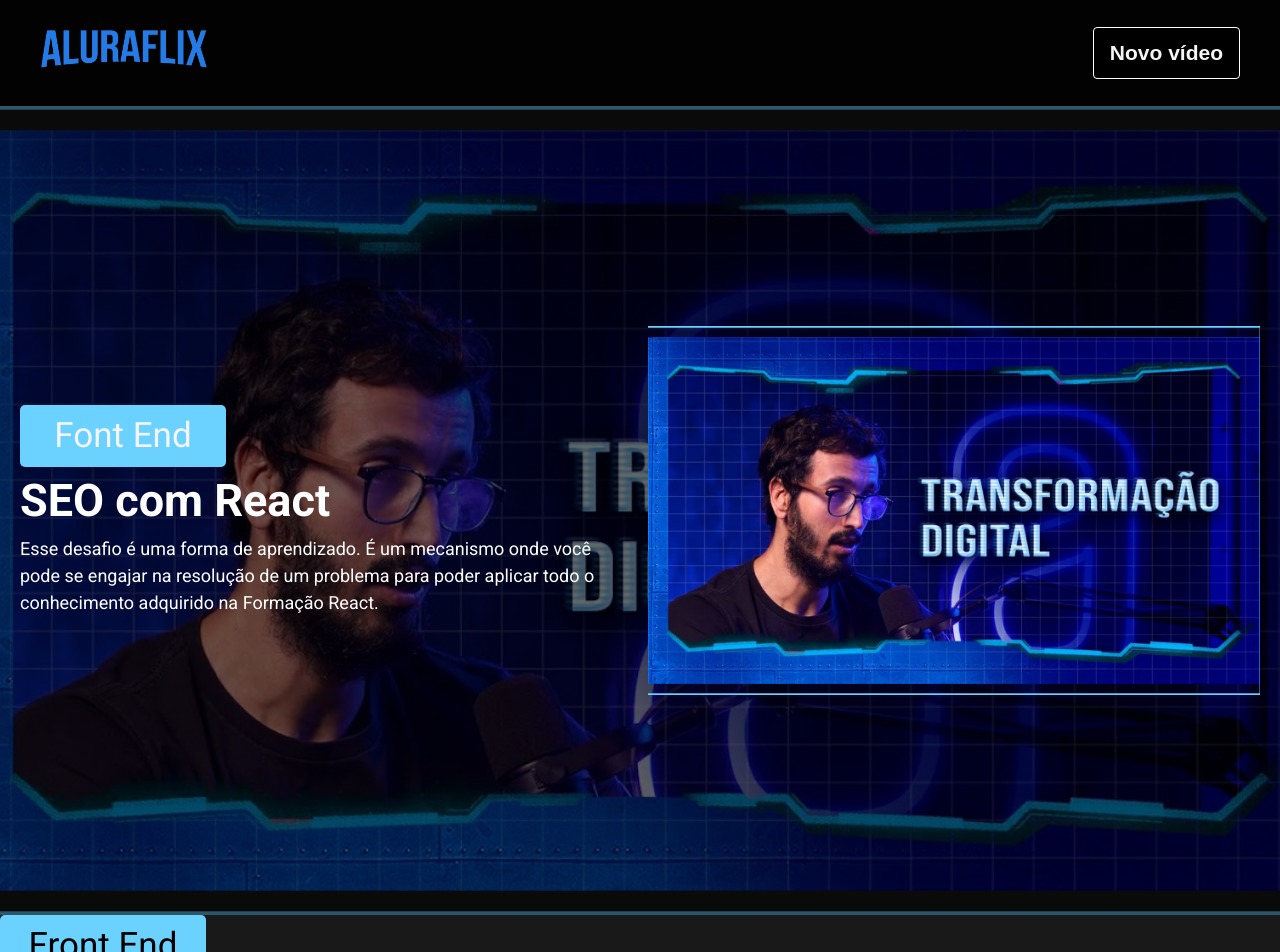
Repository: CarlosEduardoVdeOliveira/aluraflix
Page: /
The author's editor kept a copy of each file at every save. The page is drawn from the files as they stood at one save, then again after the next save.
The browser window is 1280 px wide. The pictures show the part of the page from y = 0 to 952 px (the page is 3141 px tall before and 3036 px after).
The project was rebuilt for these pictures with package versions that can differ from the ones it lists, and the page was loaded fresh each time. Also part of the build but not shown: vite.config.js, src/components/Input/Input.module.css, src/components/Input/index.jsx, src/components/TextArea/TextArea.module.css, src/components/TextArea/index.jsx, src/pages/RegisterVideo/Register.module.css, src/pages/RegisterVideo/index.jsx, src/components/Table/Table.module.css and 3 more.

Above is the page before, as saved 2023-09-26 10:13:35.

### index.html
<!doctype html>
<html lang="en">
  <head>
    <meta charset="UTF-8" />
    <link rel="preconnect" href="https://fonts.googleapis.com">
    <link rel="preconnect" href="https://fonts.gstatic.com" crossorigin>
    <!-- <link rel="icon" type="image/svg+xml" href="/vite.svg" /> -->
    <meta name="viewport" content="width=device-width, initial-scale=1.0" />
    <link href="https://fonts.googleapis.com/css2?family=Roboto:wght@300;400;500;700&display=swap" rel="stylesheet">
    <title>AluraFlix</title>
  </head>
  <body>
    <div id="root"></div>
    <script type="module" src="/src/main.jsx"></script>
  </body>
</html>

### src/main.jsx
import React from 'react'
import ReactDOM from 'react-dom/client'
import {AppRoutes} from './routes'
import './index.css'
import { ThemeProvider } from '@emotion/react'
import { theme } from './customColors'

ReactDOM.createRoot(document.getElementById('root')).render(
  <React.StrictMode>
    <ThemeProvider theme={theme}>
      <AppRoutes />
    </ThemeProvider>
  </React.StrictMode>,
)

### src/routes.jsx
import { BrowserRouter, Route, Routes } from 'react-router-dom'
import {PageBase} from './pages/pageBase'
import {Home} from './pages/Home'
import { ThemeProvider } from '@mui/material'
import { theme } from './customColors'
import {RegisterVideo} from './pages/RegisterVideo'
import {RegisterCategory} from './pages/RegisterCategory'


export const AppRoutes = () => {
  return (
    <BrowserRouter>
      <ThemeProvider theme={theme}>
        <Routes>
          <Route path='/' element={<PageBase />}>
            <Route index element={<Home />}></Route>
            <Route path='register-video' element={<RegisterVideo />}></Route>
            <Route path='register-category' element={<RegisterCategory />}></Route>
          </Route>
        </Routes>
      </ThemeProvider>
    </BrowserRouter>
  )
}

### src/index.css
:root {
  --gray-100: #F5F5F5;
  --gray-150: #E5E5E5;
  --gray-175: #C2C2C2;
  --gray-300: #9E9E9E;
  --gray-500: #191919;
  --black: #000;
  --blue-500: #2A7AE4;
  --red-500: #E53935;
  font-family: 'Roboto', sans-serif;
  line-height: 1.5;
  font-weight: 400;
  font-size: 1rem;
  font-synthesis: none;
  text-rendering: optimizeLegibility;
  -webkit-font-smoothing: antialiased;
  -moz-osx-font-smoothing: grayscale;
  -webkit-text-size-adjust: 100%;
}
*{
  box-sizing: border-box;
  margin: 0;
  padding: 0;
  scroll-behavior: smooth;
}
body{
  background-color: var(--gray-500);
}
a {
  text-decoration: none;
  transiton: .5s all ease-out;
}

button{
  cusor: pointer;
  transiton: .5s all ease-out;
}

@media screen and (max-width: 1080px){
  body{
    font-size: 87.5%;
  }
}
@media screen and (max-width: 700px){
  body{
    font-size: 75%;
  }
}

### src/customColors.js
import { createTheme } from '@mui/material/styles';

export const theme = createTheme({
  palette: {
    withe: "#FFFFFF",
    gray100: "#F5F5F5",
    gray150: "#E5E5E5",
    gray175: "#C2C2C2",
    gray300: "#9E9E9E",
    gray500: "#191919",
    black: "#000000",
    blue500: "#2A7AE4",
    red500: "#E53935",
  },
});

### src/pages/pageBase/index.jsx
import { Banner } from '../../components/Banner';
import {Footer} from '../../components/Footer';
import {Header} from '../../components/Header'
import { Outlet } from "react-router-dom";
import { useLocation } from 'react-router-dom';


export const PageBase = () => {
  const location = useLocation()
  return (
    <main>
      <Header button={location.pathname === '/'} />
      <Banner banner={location.pathname === '/'} />
      <Outlet />
      <Footer />
    </main>
  )
}

### src/pages/Home/index.jsx
import {Category} from "../../components/Category";

// eslint-disable-next-line react/prop-types
export const Home = () => {

  return (
    <>
      {
        <Category />
      }
    </>
  )
}

### src/components/Banner/index.jsx
/* eslint-disable react/prop-types */
import styles from './Banner.module.css'
import bannerImage from '../../../public/banner.png'
import {TitleCategory} from '../TitleCategory';

export const Banner = ({banner}) => {
  return(
    <>
      {
        banner && (
        <div className={styles.container}>
          <div className={styles.content}>
            <TitleCategory
              bgColor="#6BD1FF"
              color="#f5f5f5"
            >
              Font End
            </TitleCategory>
            <h5 >
              SEO com React
            </h5>
            <p>
              Esse desafio é uma forma de aprendizado.
              É um mecanismo onde você pode se engajar na resolução de um problema
              para poder aplicar todo o conhecimento adquirido na Formação React.
            </p>
          </div>
          <img src={bannerImage} alt='Imagem do SEO da alura, '/>
        </div>
        )
      }
    </>
  );
}

### src/components/Footer/index.jsx
import { Link } from 'react-router-dom'
import logo from '../../assets/logo.png'
import styles from './Footer.module.css'
export const Footer = () => {
  return (
    <footer className={styles.container}>
      <Link to='/'>
        <img src={logo} alt="Logo do aluraflix" />
      </Link>
    </footer>
  )
}

### src/components/Header/index.jsx
/* eslint-disable react/prop-types */
// eslint-disable-next-line no-unused-vars
import React from 'react';
import logo from '../../assets/logo.png'
import styles from './Header.module.css'
import { Link } from 'react-router-dom';
import {Button} from '../Button';


export const Header = ({button}) => {

  return (
    <header className={styles.container}>
      <Link to="/">
        <img src={logo} alt='Logo do aluraflix' />
      </Link>
      {button &&
          <Link to="/register-video">
            <Button
              bgColor="#000"
              borderColor="1px solid #FFF"
              color="#F5f5f5"
            >
                  Novo vídeo
            </Button>
          </Link>
      }
    </header>
  )
}

### src/components/Category/index.jsx
import { TitleCategory } from "../TitleCategory";
import styles from "./Category.module.css";
import { videos, categories } from "../../json/db.json";
import Carousel from 'react-material-ui-carousel'
import { Card } from "../Card";

export const Category = () => {
  function verifyCategory(category){
    const vcat = videos.some(vc => vc.category === category)
    return vcat
  }
    console.log(verifyCategory("Front End"));
  return (
    <>
      {
        categories.map((category) => (
          <section className={styles.container} key={category.id}>
            <TitleCategory bgColor={category.color}>{category.name}</TitleCategory>
            <Carousel >
              <div className={styles.videos}>
                {videos.map(
                  (video) =>
                    category.name === video.category && (
                      <Card
                        link={video.link}
                        key={video.id}
                        thumbnail={video.thumbnail}
                        borderColor={category.color}
                        description={video.description}
                      />
                    )
                )}
              </div>

            </Carousel>
          </section>
        ))
      }
    </>
  );
};

### src/components/Button/index.jsx
/* eslint-disable react/prop-types */
import styles from './Button.module.css'

export const Button = ({children, bgColor, borderColor, color}) => {
  return(
    <button className={styles.button}
      style={{
        background:bgColor,
        border:borderColor,
        color:color
      }}
    >
      {children}
    </button>
  )
}

### src/json/db.json
{
  "videos":[
  {
    "id": 1,
    "name": "Homem-Aranha - Sem Volta Para Casa",
    "link": "https://www.youtube.com/watch?v=k77WZrvuDQU&ab_channel=Alura",
    "thumbnail": "https://i.ytimg.com/vi/k77WZrvuDQU/sddefault.jpg",
    "category": "Front End",
    "description": "Descrição qualquer"
  },
  {
    "id": 2,
    "name": "Homem-Aranha - Sem Volta Para Casa",
    "link": "https://www.youtube.com/watch?v=k77WZrvuDQU&ab_channel=Alura",
    "thumbnail": "https://i.ytimg.com/vi/CyiiEJRZjSU/maxresdefault.jpg",
    "category": "Front End",
    "description": "Descrição qualquer"
  },
  {
    "id": 3,
    "name": "Homem-Aranha - Sem Volta Para Casa",
    "link": "https://www.youtube.com/watch?v=hHM-hr9q4mo&ab_channel=Rocketseat",
    "thumbnail": "https://i.ytimg.com/vi/hHM-hr9q4mo/maxresdefault.jpg",
    "category": "Front End",
    "description": "Descrição qualquer"
  },
  {
    "id": 4,
    "name": "Homem-Aranha - Sem Volta Para Casa",
    "link": "https://www.youtube.com/watch?v=hHM-hr9q4mo&ab_channel=Rocketseat",
    "thumbnail": "https://i.ytimg.com/vi/hHM-hr9q4mo/maxresdefault.jpg",
    "category": "Back End",
    "description": "Descrição qualquer"
  },
  {
    "id": 5,
    "name": "Homem-Aranha - Sem Volta Para Casa",
    "link": "https://www.youtube.com/watch?v=hHM-hr9q4mo&ab_channel=Rocketseat",
    "thumbnail": "https://i.ytimg.com/vi/hHM-hr9q4mo/maxresdefault.jpg",
    "category": "Back End",
    "description": "Descrição qualquer"
  },
  {
    "id": 6,
    "name": "Homem-Aranha - Sem Volta Para Casa",
    "link": "https://www.youtube.com/watch?v=hHM-hr9q4mo&ab_channel=Rocketseat",
    "thumbnail": "https://i.ytimg.com/vi/hHM-hr9q4mo/maxresdefault.jpg",
    "category": "Back End",
    "description": "Descrição qualquer"
  },
  {
    "id": 7,
    "name": "Homem-Aranha - Sem Volta Para Casa",
    "link": "https://www.youtube.com/watch?v=MGIs7DSQ-0A&ab_channel=Alura",
    "thumbnail": "https://i.ytimg.com/vi/MGIs7DSQ-0A/maxresdefault.jpg",
    "category": "Mobile",
    "description": "Descrição qualquer"
  },
  {
    "id": 8,
    "name": "Homem-Aranha - Sem Volta Para Casa",
    "link": "https://www.youtube.com/watch?v=MGIs7DSQ-0A&ab_channel=Alura",
    "thumbnail": "https://i.ytimg.com/vi/MGIs7DSQ-0A/maxresdefault.jpg",
    "category": "Mobile",
    "description": "Descrição qualquer"
  },
  {
    "id": 9,
    "name": "Homem-Aranha - Sem Volta Para Casa",
    "link": "https://www.youtube.com/watch?v=MGIs7DSQ-0A&ab_channel=Alura",
    "thumbnail": "https://i.ytimg.com/vi/MGIs7DSQ-0A/maxresdefault.jpg",
    "category": "Mobile",
    "description": "Descrição qualquer"
  },
  {
    "id": 10,
    "name": "Homem-Aranha - Sem Volta Para Casa",
    "link": "https://www.youtube.com/watch?v=CyiiEJRZjSU",
    "thumbnail": "https://i.ytimg.com/vi/CyiiEJRZjSU/maxresdefault.jpg",
    "category": "Data Science",
    "description": "Descrição qualquer"
  },
  {
    "id": 11,
    "name": "Homem-Aranha - Sem Volta Para Casa",
    "link": "https://www.youtube.com/watch?v=CyiiEJRZjSU",
    "thumbnail": "https://i.ytimg.com/vi/CyiiEJRZjSU/maxresdefault.jpg",
    "category": "Data Science",
    "description": "Descrição qualquer"
  },
  {
    "id": 12,
    "name": "Homem-Aranha - Sem Volta Para Casa",
    "link": "https://www.youtube.com/watch?v=CyiiEJRZjSU",
    "thumbnail": "https://i.ytimg.com/vi/CyiiEJRZjSU/maxresdefault.jpg",
    "category": "Data Science",
    "description": "Descrição qualquer"
  },
  {
    "id": 13,
    "name": "Homem-Aranha - Sem Volta Para Casa",
    "link": "https://www.youtube.com/watch?v=CyiiEJRZjSU",
    "thumbnail": "https://i.ytimg.com/vi/CyiiEJRZjSU/maxresdefault.jpg",
    "category": "UX",
    "description": "Descrição qualquer"
  },
  {
    "id": 14,
    "name": "Homem-Aranha - Sem Volta Para Casa",
    "link": "https://www.youtube.com/watch?v=CyiiEJRZjSU",
    "thumbnail": "https://i.ytimg.com/vi/CyiiEJRZjSU/maxresdefault.jpg",
    "category": "UX",
    "description": "Descrição qualquer"
  },
  {
    "id": 15,
    "name": "Homem-Aranha - Sem Volta Para Casa",
    "link": "https://www.youtube.com/watch?v=CyiiEJRZjSU",
    "thumbnail": "https://i.ytimg.com/vi/CyiiEJRZjSU/maxresdefault.jpg",
    "category": "UX",
    "description": "Descrição qualquer"
  },
  {
    "id": 16,
    "name": "Homem-Aranha - Sem Volta Para Casa",
    "link": "https://www.youtube.com/watch?v=CyiiEJRZjSU",
    "thumbnail": "https://i.ytimg.com/vi/CyiiEJRZjSU/maxresdefault.jpg",
    "category": "Infra",
    "description": "Descrição qualquer"
  },
  {
    "id": 17,
    "name": "Homem-Aranha - Sem Volta Para Casa",
    "link": "https://www.youtube.com/watch?v=CyiiEJRZjSU",
    "thumbnail": "https://i.ytimg.com/vi/CyiiEJRZjSU/maxresdefault.jpg",
    "category": "Infra",
    "description": "Descrição qualquer"
  },
  {
    "id": 18,
    "name": "Homem-Aranha - Sem Volta Para Casa",
    "link": "https://www.youtube.com/watch?v=CyiiEJRZjSU",
    "thumbnail": "https://i.ytimg.com/vi/CyiiEJRZjSU/maxresdefault.jpg",
    "category": "Infra",
    "description": "Descrição qualquer"
  },
  {
    "id": 19,
    "name": "Homem-Aranha - Sem Volta Para Casa",
    "link": "https://www.youtube.com/watch?v=CyiiEJRZjSU",
    "thumbnail": "https://i.ytimg.com/vi/CyiiEJRZjSU/maxresdefault.jpg",
    "category": "Inovation",
    "description": "Descrição qualquer"
  },
  {
    "id": 20,
    "name": "Homem-Aranha - Sem Volta Para Casa",
    "link": "https://www.youtube.com/watch?v=CyiiEJRZjSU",
    "thumbnail": "https://i.ytimg.com/vi/CyiiEJRZjSU/maxresdefault.jpg",
    "category": "Inovation",
    "description": "Descrição qualquer"
  },
  {
    "id": 21,
    "name": "Homem-Aranha - Sem Volta Para Casa",
    "link": "https://www.youtube.com/watch?v=CyiiEJRZjSU",
    "thumbnail": "https://i.ytimg.com/vi/CyiiEJRZjSU/maxresdefault.jpg",
    "category": "Inovation",
    "description": "Descrição qualquer"
  },
  {
    "id": 22,
    "name": "Homem-Aranha - Sem Volta Para Casa",
    "link": "https://www.youtube.com/watch?v=CyiiEJRZjSU",
    "thumbnail": "https://i.ytimg.com/vi/CyiiEJRZjSU/maxresdefault.jpg",
    "category": "AI",
    "description": "Descrição qualquer"
  }
],
"categories":[
  {

    "id":1,
    "name":"Front End",
    "description": "Todos os vídeo da área de Front End juntarei nessa categoria para organizar os estudos que venho fazendo atualmente (FieldTextarea)",
    "color":"#6BD1FF"
  },
  {
    "id":2,
    "name":"Back End",
    "description": "Todos os vídeo que estou usando para estudar Back End ",
    "color":"#69953B"
  },
  {
    "id":3,
    "name":"Design & UX",
    "description": "Ferramentas e técnicas que estudo sobre UX e Design",
    "color":"#DC6EBE"
  },
  {
    "id":4,
    "name":"Infraestrutura" ,
    "description": "Tudo que estou aprendendo sobre Docker e muito mais",
    "color":"#9CD33B"
  },
  {
    "id":5,
    "name":"Marketing Digital",
    "description": "A forma de vender a monetizar minhas ideias",
    "color":"#6B5BE2"
  },
  {
    "id":6,
    "name":"Data Science",
    "description": "Coisas de R e Python que venho aprendendo",
    "color":"#9CD33B"
  },
  {
    "id":7,
    "name":"Inovação & Gestão",
    "description": "Como manter o time feliz e muito mais",
    "color":"#FF8C2A"
  },
  {
    "id":8,
    "name":"Mobile",
    "description": "Conteúdo que venho estudando sobre React Native e Flutter",
    "color":"#FFBA05"
  },
  {
    "id":9,
    "name":"AI",
    "description": "Conteúdo que venho estudando sobre React Native e Flutter",
    "color":"#B210C7"
  }
]
}

### src/components/Banner/Banner.module.css
.container{
  background: linear-gradient(rgba(0, 0, 0, 0.59), rgba(0, 0, 0, 0.59)),
  url(../../../public/banner.png) center / cover no-repeat;
  width: 100%;
  height: 50.563rem;
  display: grid;
  grid-template-columns: 1fr 1fr;
  align-items: center;
  gap: 1rem;
  padding: 20px;
}
.container img{
  width: 100%;
  flex-shrink: 0;
}
.content{
  color: #FFF;
}
.content h5{
  font-size: 2.813rem;
}
.content p{
  font-size: 1.125rem;
}

### src/components/TitleCategory/index.jsx
import styles from "./TitleCategory.module.css"
// eslint-disable-next-line react/prop-types
export const TitleCategory = ({children, bgColor, color}) => {
  return(
    <div
      className={styles.container}
      style={{
        backgroundColor: bgColor,
        color: color
      }}
    >
      {children}
    </div>
  )
}

### src/components/Footer/Footer.module.css
.container{
  display: flex;
  align-items: center;
  justify-content: center;
  padding: 1.688rem 2.5rem;
  background-color: rgba(0, 0, 0, 0.9);
}

.container img{
  width: 168.45px;
  height: 40px;
}

### src/components/Header/Header.module.css
.container{
  display: flex;
  justify-content: space-between;
  align-items: center;
  padding: 1.688rem 2.5rem;
  background-color: rgba(0, 0, 0, 0.9);
}

.container img{
  width: 168.45px;
  height: 40px;
}

### src/components/Category/Category.module.css
.container{
  display: flex;
  flex-direction: column;
  overflow: none;
  width: 23%;
}
.videos{
  display: flex;
  width: 100%;
}

### src/components/Card/index.jsx
/* eslint-disable react/prop-types */
import styles from './Card.module.css'
import { Link } from 'react-router-dom'

export const Card = ({
  id,
  link,
  thumbnail,
  description,
  borderColor
}) => {
  return(
    <>
      <Link
        to={link}
        className={styles.card}
        style={{border:`1px solid ${borderColor}`}}
        key={id}
        target='_blank'
        title={description}
      >
        <img src={thumbnail} alt={description} />
      </Link>

    </>
  )
}

### src/components/Button/Button.module.css
.button{
  color: #FFF;
  text-align: center;
  padding: 0.8rem 1rem;
  border-radius: .25rem;
  font-size: 21px;
  font-style: normal;
  font-weight: 600;
  cursor: pointer;
  line-height: 24px;
  transition: all .5s ease-in-out;
}

.button:hover{
  opacity: 0.8;
}

### src/components/TitleCategory/TitleCategory.module.css
.container{
  min-width: 206px;
  max-width: 206px;

  padding: 5px;
  text-align: center;
  border-radius: 5px;
  font-size: 35px;
}

### src/components/Card/Card.module.css
.card{
  width: 433px;
  height: 263px;
  border-radius: .25rem;
  animation: slideAnimation 5s infinite alternate;
}
.card img{
  width: 430px;
  height: 260px;
  border-radius: .25rem;
}

After the next save:
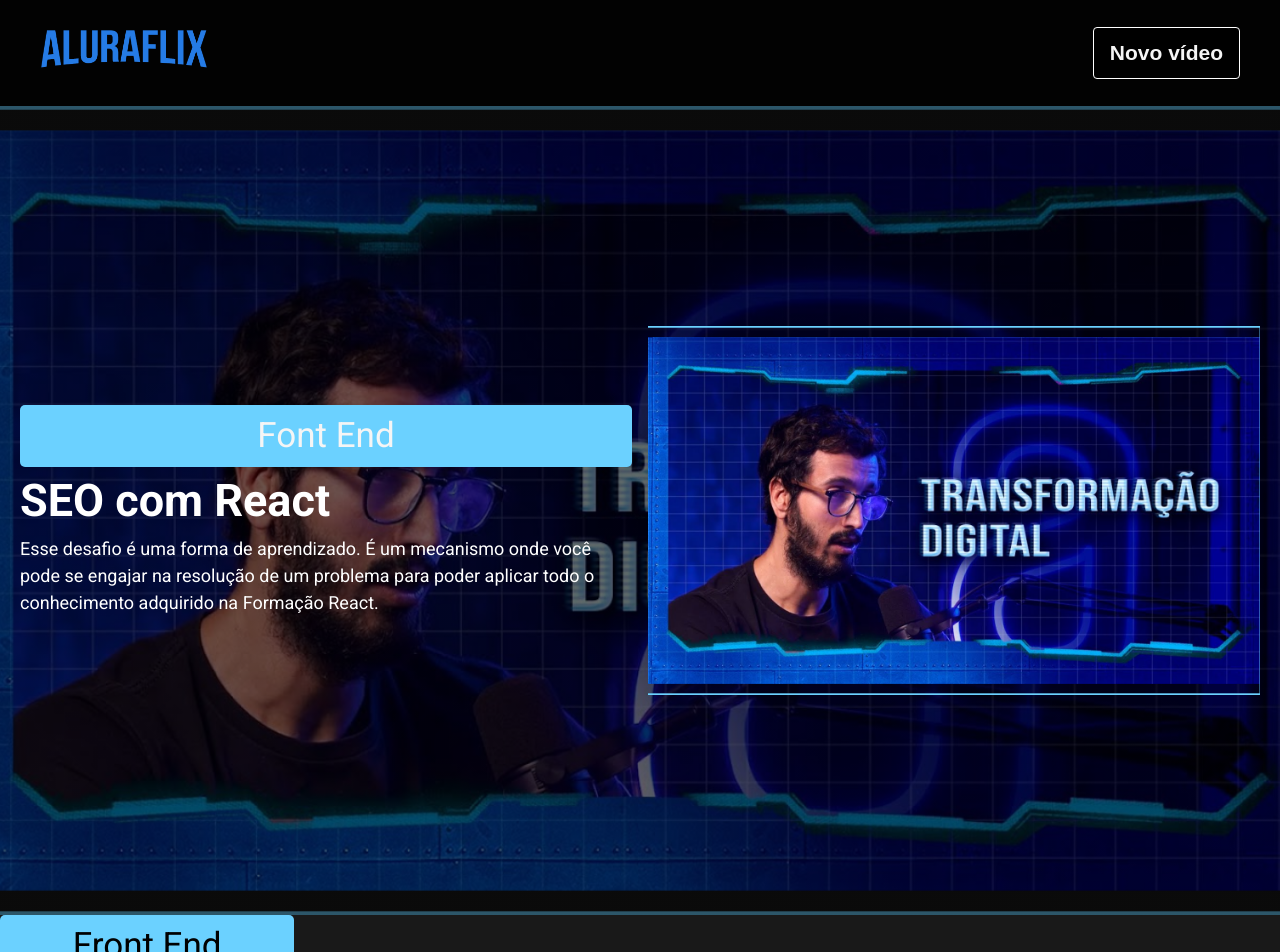
Saved 9 s later.
--- a/src/components/TitleCategory/TitleCategory.module.css
+++ b/src/components/TitleCategory/TitleCategory.module.css
@@ -1,6 +1,4 @@
 .container{
-  min-width: 206px;
-  max-width: 206px;
 
   padding: 5px;
   text-align: center;
